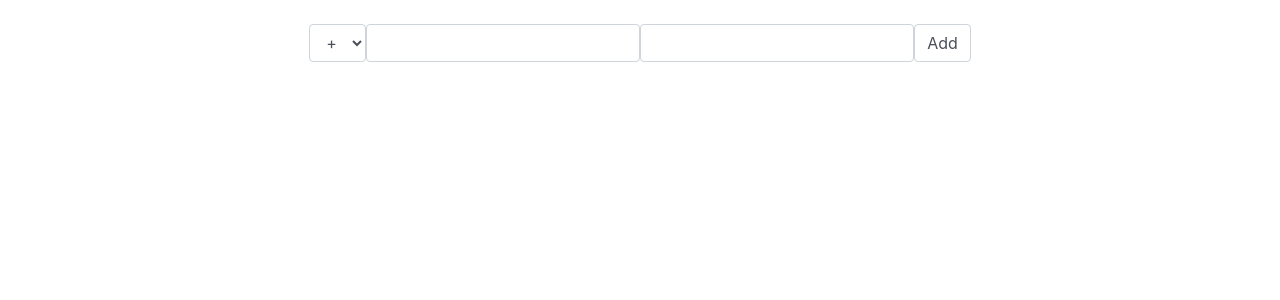
Repository: sadegh1379/current-buget
Page: /
An editor plug-in stored every save of this project. The page is shown before and after the next save, followed by the edit.
The browser window is 1280 px wide. The pictures show the whole page.
The project was rebuilt for these pictures with package versions that can differ from the ones it lists, and the page was loaded fresh each time. Also part of the build but not shown: src/Inputs/index.scss.

Above is the page before, as saved 2019-12-30 18:54:32.

### src/index.scss
body {
  margin: 0;
  font-family: -apple-system, BlinkMacSystemFont, "Segoe UI", "Roboto", "Oxygen",
    "Ubuntu", "Cantarell", "Fira Sans", "Droid Sans", "Helvetica Neue",
    sans-serif;
  -webkit-font-smoothing: antialiased;
  -moz-osx-font-smoothing: grayscale;
}

code {
  font-family: source-code-pro, Menlo, Monaco, Consolas, "Courier New",
    monospace;
}
.root{
  background-color: gray;
}

### src/App.js
import React from "react";
import '../node_modules/bootstrap/dist/css/bootstrap.css';
import IncomeExpenseInput from './Inputs';
import {InputContext} from './Context'
import "./App.scss";

function App() {
  return <div className="App container mt-4 px-auto">
    <IncomeExpenseInput/>
  </div>;
}

export default App;

### src/Inputs/index.js
import React from "react";
import "./index.scss";

function IncomeExpenseInput() {
  return (
  <form className="form-inline mx-auto">
    <select className="form-control">
      <option  value="">+</option>
      <option value="">-</option>
    </select>
    <input type="text" className="form-control"/>
    <input type="number" className="form-control"/>
    <input type="submit" value="Add" className="form-control"/>
  </form>);
}
export default IncomeExpenseInput;

### src/Context/index.js
import { createContext } from 'react';

export const InputContext = createContext({});

### src/App.scss
.App {
  text-align: center;
  display: grid;
}

Loaded but not shown: public/index.html (common file); src/index.js (common file); src/serviceWorker.js (common file)

After the next save:
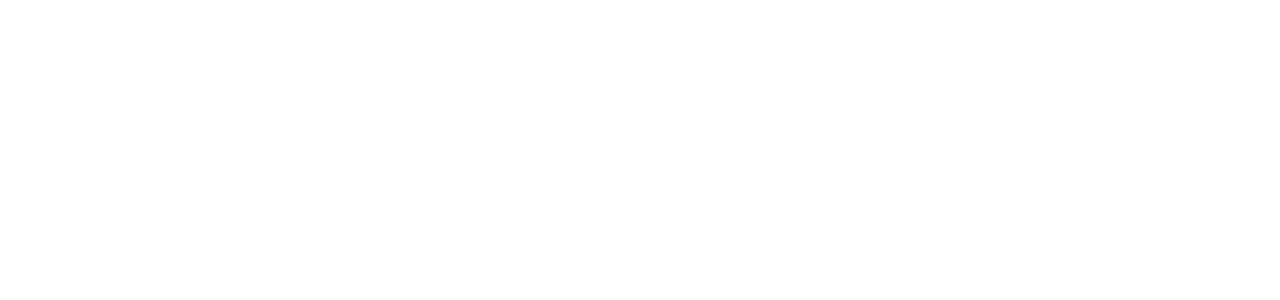
Saved 12 s later.
--- a/src/App.js
+++ b/src/App.js
@@ -6,7 +6,7 @@
 
 function App() {
   return <div className="App container mt-4 px-auto">
-    <IncomeExpenseInput/>
+    {/* <IncomeExpenseInput/> */}
   </div>;
 }
 

After the save that followed:
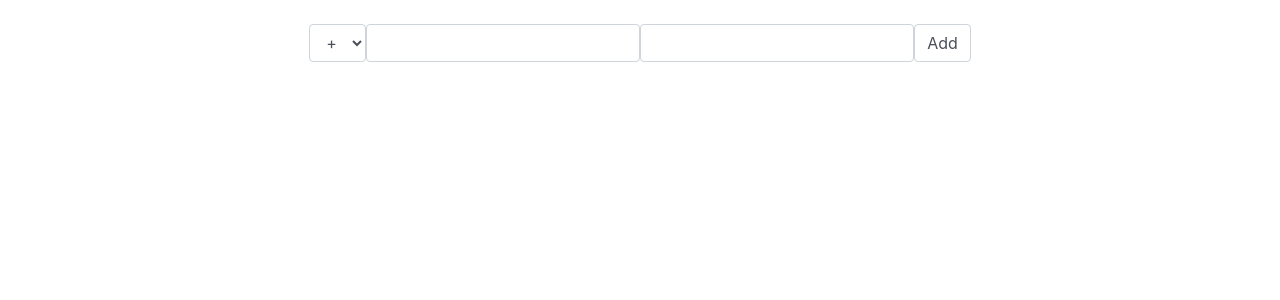
Saved 5 s later.
--- a/src/App.js
+++ b/src/App.js
@@ -6,7 +6,7 @@
 
 function App() {
   return <div className="App container mt-4 px-auto">
-    {/* <IncomeExpenseInput/> */}
+    <IncomeExpenseInput/>
   </div>;
 }
 
